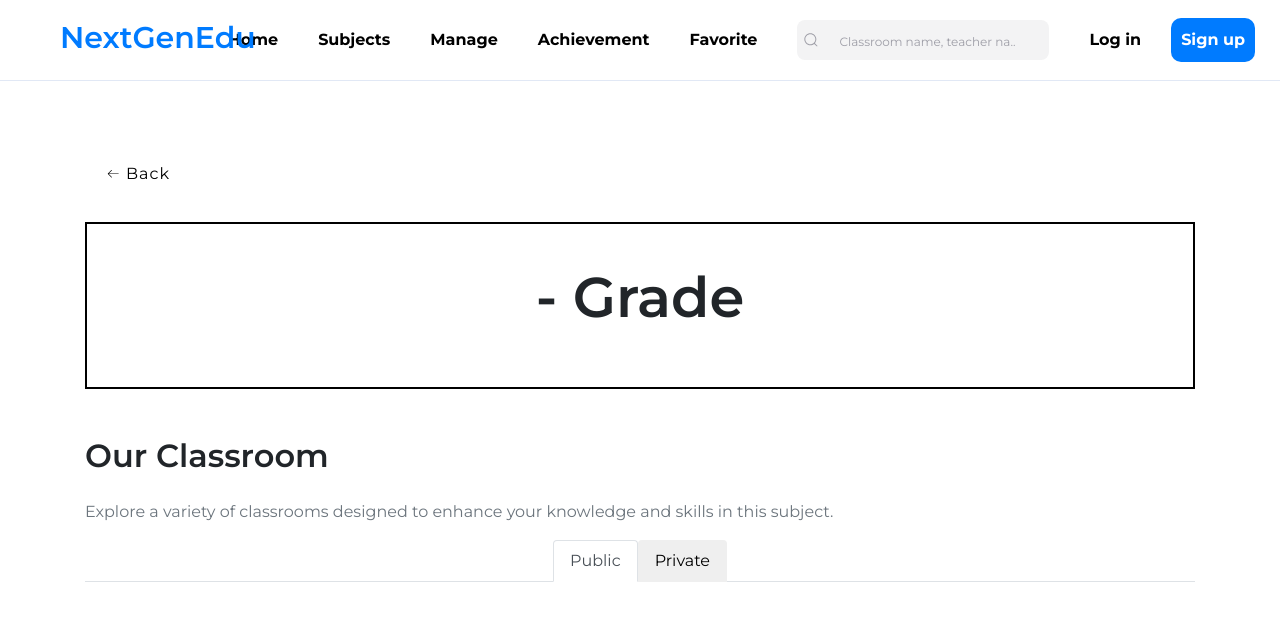
Repository: khoilvgcc210040/nextgenedu
Page: templates/classrooms.html
The author's editor kept a copy of each file at every save. The page is drawn from the files as they stood at one save, then again after the next save.
The browser window is 1280 px wide. The pictures show the whole page.
The page is served by the project's application, run on Django 5.2 (manage.py). Other server files are loaded and not shown. The template is opened directly, without the code that normally fills it, so the values that code supplies are empty.

Above is the page before, as saved 2024-08-11 21:56:17.

### home/templatetags/filters.py
from django import template

register = template.Library()

@register.filter(name='range')
def filter_range(start, end):
    return range(start, end)

### templates/classrooms.html
<!DOCTYPE html>
<html lang="en">
<head>
    <meta charset="UTF-8">
    <meta name="viewport" content="width=device-width, initial-scale=1.0">
    <title>Classrooms - {{ subject.name }} - Grade {{ grade }}</title>
    <link rel="stylesheet" href="https://cdnjs.cloudflare.com/ajax/libs/font-awesome/6.0.0-beta3/css/all.min.css">
    <link href="https://stackpath.bootstrapcdn.com/bootstrap/4.5.2/css/bootstrap.min.css" rel="stylesheet">

</head>
<style>
    .btn-back {
        display: flex;
        height: 3em;
        width: 100px;
        align-items: center;
        justify-content: center;
        background-color: #eeeeee4b;
        border-radius: 3px;
        letter-spacing: 1px;
        transition: all 0.2s linear;
        cursor: pointer;
        border: none;
        background: #fff;
    }

    .btn-back > svg {
        margin-right: 5px;
        margin-left: 5px;
        font-size: 20px;
        transition: all 0.4s ease-in;
    }

    .btn-back:hover > svg {
        font-size: 1.2em;
        transform: translateX(-5px);
    }

    .btn-back:hover {
        box-shadow: 9px 9px 33px #d1d1d1, -9px -9px 33px #ffffff;
        transform: translateY(-2px);
    }

    .card-text {
        display: -webkit-box;
        -webkit-line-clamp: 1;
        -webkit-box-orient: vertical;
        overflow: hidden;
        text-overflow: ellipsis;
    }

    header {
        border: 2px solid #000;
        padding: 40px;
    }
</style>
<body>
    {% include "header.html" %}
    <div class="container" style="margin-top: 150px;">
        <div class="mb-4">
            <button class="btn-back" onclick="window.location.href='{% url 'subjects' %}'">
                <svg height="16" width="16" xmlns="http://www.w3.org/2000/svg" version="1.1" viewBox="0 0 1024 1024"><path d="M874.690416 495.52477c0 11.2973-9.168824 20.466124-20.466124 20.466124l-604.773963 0 188.083679 188.083679c7.992021 7.992021 7.992021 20.947078 0 28.939099-4.001127 3.990894-9.240455 5.996574-14.46955 5.996574-5.239328 0-10.478655-1.995447-14.479783-5.996574l-223.00912-223.00912c-3.837398-3.837398-5.996574-9.046027-5.996574-14.46955 0-5.433756 2.159176-10.632151 5.996574-14.46955l223.019353-223.029586c7.992021-7.992021 20.957311-7.992021 28.949332 0 7.992021 8.002254 7.992021 20.957311 0 28.949332l-188.073446 188.073446 604.753497 0C865.521592 475.058646 874.690416 484.217237 874.690416 495.52477z"></path></svg>
                <span>Back</span>
            </button>
        </div>
        <header class="text-center mb-5">
            <h1 class="display-4" style="font-weight: 600;">{{ subject.name }} - Grade {{ subject.grade }}</h1>
            <p class="lead text-muted">{{ subject.description }}</p>
        </header>

        <section>
            <h2 class="mb-4" style="font-weight: 600;">Our Classroom</h2>
            <p class="text-muted">Explore a variety of classrooms designed to enhance your knowledge and skills in this subject.</p>

            <!-- Bootstrap Nav Tabs -->
            <ul class="nav nav-tabs justify-content-center mb-4" id="classroomTab" role="tablist">
                <li class="nav-item" role="presentation">
                    <button class="nav-link {% if status == None or status == '0' %}active{% endif %}" id="public-tab" data-bs-toggle="tab" data-bs-target="#public-tab-pane" type="button" role="tab" aria-controls="public-tab-pane" aria-selected="true">Public</button>
                </li>
                <li class="nav-item" role="presentation">
                    <button class="nav-link {% if status == '1' %}active{% endif %}" id="private-tab" data-bs-toggle="tab" data-bs-target="#private-tab-pane" type="button" role="tab" aria-controls="private-tab-pane" aria-selected="false">Private</button>
                </li>
            </ul>

            <!-- Tab Content -->
            <div class="tab-content" id="classroomTabContent">
                <!-- Public Classrooms -->
                <div class="tab-pane fade {% if status == None or status == '0' %}show active{% endif %}" id="public-tab-pane" role="tabpanel" aria-labelledby="public-tab" tabindex="0">
                    <ul class="list-unstyled">
                        {% for classroom in classrooms %}
                            {% if not classroom.status %}
                                <li class="card mb-4">
                                    <div class="card-body d-flex justify-content-between">
                                        <div class="classroom-info">
                                            <div class="d-flex jutify-content-center align-items-center">
                                                <h4>🌐 &nbsp;</h4>
                                                <h3 class="card-title" style="text-decoration: underline;">{{ classroom.name }}</h3>
                                            </div>
                                            <p class="card-text">&nbsp;📝{{ classroom.description }}</p>
                                            <div class="classroom-meta d-flex text-muted">
                                                <div>
                                                    <span class="me-3 mr-3"><i class="fas fa-user"></i> Username</span>
                                                    <span class="me-3 mr-3"><i class="fas fa-school"></i> Name of school</span>
                                                    <span class="me-3 mr-3"><i class="fas fa-book"></i> {{ subject.name }}</span>
                                                    <span><i class="fas fa-calendar-alt"></i> Academic year</span>
                                                </div>
                                                <div class="text-end">
                                                    <span class="d-block mb-2 text-muted">Number of participants</span>
                                                    <button class="btn btn-primary"><i class="fas fa-thumbs-up"></i> Like</button>
                                                </div>
                                            </div>
                                        </div>
                                    </div>
                                </li>
                            {% endif %}
                        {% endfor %}
                    </ul>
                </div>

                <!-- Private Classrooms -->
                <div class="tab-pane fade {% if status == '1' %}show active{% endif %}" id="private-tab-pane" role="tabpanel" aria-labelledby="private-tab" tabindex="0">
                    <ul class="list-unstyled">
                        {% for classroom in classrooms %}
                            {% if classroom.status %}
                                <li class="card mb-4">
                                    <div class="card-body d-flex justify-content-between">
                                        <div class="classroom-info">
                                            <h3 class="card-title">{{ classroom.name }}</h3>
                                            <p class="card-text">{{ classroom.description }}</p>
                                            <div class="classroom-meta d-flex text-muted">
                                                <span class="me-3"><i class="fas fa-user"></i> Username</span>
                                                <span class="me-3"><i class="fas fa-school"></i> Name of school</span>
                                                <span class="me-3"><i class="fas fa-book"></i> {{ subject.name }}</span>
                                                <span><i class="fas fa-calendar-alt"></i> Academic year</span>
                                            </div>
                                        </div>
                                        <div class="text-end">
                                            <span class="d-block mb-2 text-muted">Number of participants</span>
                                            <button class="btn btn-primary" data-bs-toggle="modal" data-bs-target="#passwordModal" data-classroom-id="{{ classroom.id }}">Enter Password</button>
                                        </div>
                                    </div>
                                </li>
                            {% endif %}
                        {% endfor %}
                    </ul>
                </div>
            </div>
        </section>
    </div>

    <!-- Password Modal -->
    <div class="modal fade" id="passwordModal" tabindex="-1" aria-labelledby="passwordModalLabel" aria-hidden="true">
        <div class="modal-dialog">
            <div class="modal-content">
                <form method="post" action="{% url 'enter_password' 0 %}" id="passwordForm">
                    {% csrf_token %}
                    <div class="modal-header">
                        <h5 class="modal-title" id="passwordModalLabel">Enter Password</h5>
                        <button type="button" class="btn-close" data-bs-dismiss="modal" aria-label="Close"></button>
                    </div>
                    <div class="modal-body">
                        <input type="password" class="form-control" name="password" placeholder="Enter Password" required>
                    </div>
                    <div class="modal-footer">
                        <button type="button" class="btn btn-secondary" data-bs-dismiss="modal">Close</button>
                        <button type="submit" class="btn btn-primary">Submit</button>
                    </div>
                </form>
            </div>
        </div>
    </div>
</body>
</html>
<script src="https://cdn.jsdelivr.net/npm/bootstrap@5.3.0-alpha1/dist/js/bootstrap.bundle.min.js"></script>
<script>
    var passwordModal = document.getElementById('passwordModal');
    passwordModal.addEventListener('show.bs.modal', function (event) {
        var button = event.relatedTarget; // Button that triggered the modal
        var classroomId = button.getAttribute('data-classroom-id'); // Extract info from data-* attributes

        var form = document.getElementById('passwordForm');
        form.action = form.action.replace('/0/', '/' + classroomId + '/');
    });
</script>

### templates/header.html
{% load static %}
<!DOCTYPE html>
<html lang="en">
<head>
    <meta charset="UTF-8">
    <meta name="viewport" content="width=device-width, initial-scale=1.0">
</head>
<style>
    @import url('https://fonts.googleapis.com/css2?family=Montserrat:ital,wght@0,100..900;1,100..900&family=Roboto:ital,wght@0,100;0,300;0,400;0,500;0,700;0,900;1,100;1,300;1,400;1,500;1,700;1,900&display=swap');
    body, html {
        margin: 0;
        padding: 0;
        height: 100%;
        font-family: "Montserrat", sans-serif;
        overflow: hidden;
        overflow-y: auto;
    }

    .navbar .container {
        max-width: 1330px;
    }

    .navbar .navbar-nav .nav-link {
        border-radius: 10px;;
        margin: 10px;
        padding: 10px;
        color: #000;
        font-weight: 700;
        transition: all ease-in-out 0.3s;
    }

    .navbar .navbar-nav .nav-link:hover {
        transform: translateY(-3px);
    }


    .navbar {
        position: fixed;
        top: 0;
        left: 0;
        right: 0;
        background: #ffffff;
        border-bottom: 1px solid rgba(169, 190, 226, 0.35);
        z-index: 9;
        display: flex;
        justify-content: space-around;
        align-items: center;
        padding: 0;
    }

    .navbar .dropdown-menu {
        background: #ffffff;
        box-shadow: 0 1rem 3rem rgba(0, 0, 0, 0.175);
        border: 0;
        display: block;
        opacity: 0;
        min-width: 9rem;
        margin-top: 20px;
        padding: 13px 0 10px 0;
        transition: all 0.3s;
        pointer-events: none;
    }

    .navbar .dropdown-menu::before {
        content: "";
        width: 0;
        height: 0;
        border-left: 20px solid transparent;
        border-right: 20px solid transparent;
        border-bottom: 15px solid #ffffff;
        position: absolute;
        top: -10px;
        left: 10px;
    }

    .navbar .dropdown-item {
        display: inline-block;
        color: #000;
        font-family: "Montserrat", sans-serif;
        font-size: 14px;
        font-weight: 500;
        text-transform: uppercase;
        letter-spacing: 0.5px;
        position: relative;
    }

    .navbar .dropdown-item.active,
    .navbar .dropdown-item:active,
    .navbar .dropdown-item:focus,
    .navbar .dropdown-item:hover {
        background: transparent;
        color: #13547a;
    }

    .navbar .nav-item{
        display: flex;
        align-items: center;
    }

    .navbar .nav-item{
        color: blue;
    }

    @media screen and (min-width: 992px) {
        .navbar .dropdown:hover .dropdown-menu {
            opacity: 1;
            margin-top: 0;
            pointer-events: auto;
        }
    }

    .navbar .group {
        display: flex;
        line-height: 28px;
        align-items: center;
        position: relative;
        max-width: 280px;
    }

    .navbar .input {
        width: 100%;
        height: 40px;
        line-height: 28px;
        padding: 0 1rem;
        padding-left: 2.5rem;
        border: 2px solid transparent;
        border-radius: 8px;
        outline: none;
        background-color: #f3f3f4;
        color: #0d0c22;
        transition: .3s ease;
    }

    .navbar .input::placeholder {
        color: #9e9ea7;
        font-size: 12px;
    }

    .navbar .input:focus, input:hover {
        outline: none;
        border-color: rgba(234,76,137,0.4);
        background-color: #fff;
        box-shadow: 0 0 0 4px rgb(234 76 137 / 10%);
    }

    .navbar .icon {
        position: absolute;
        left: 1rem;
        fill: #9e9ea7;
        width: 1rem;
        height: 1rem;
    }

    .navbar .navbar-brand{
        color: #000;
        font-size: 30px;
        margin-bottom: 5px;
        font-weight: 600;
        position: absolute;
        left: 2em;
        transition: all ease-in-out 0.3s;
    }

    .navbar .navbar-brand:hover{
        color: #000;
        transform: translateY(-3px);
    }

    .navbar .collapse{
        display: flex;
        justify-content: flex-end;
    }

    .navbar img {
        height: 40px;
        width: auto;
        vertical-align: middle;
    }

    .btn-login:hover {
        background-color: #e2e8f0;
    }
</style>
<body>
    <nav class="navbar navbar-expand-lg">
        <div class="container">
            <a class="navbar-brand" href="{% url "home" %}">
                {% comment %} <svg xmlns="http://www.w3.org/2000/svg" width="30" height="30" fill="currentColor" class="bi bi-backpack3 text-primary" viewBox="0 0 16 20">
                    <path d="M4.04 7.43a4 4 0 0 1 7.92 0 .5.5 0 1 1-.99.14 3 3 0 0 0-5.94 0 .5.5 0 1 1-.99-.14M4 9.5a.5.5 0 0 1 .5-.5h7a.5.5 0 0 1 .5.5v4a.5.5 0 0 1-.5.5h-7a.5.5 0 0 1-.5-.5zm1 .5v3h6v-3h-1v.5a.5.5 0 0 1-1 0V10z"/>
                    <path d="M6 2.341V2a2 2 0 1 1 4 0v.341c.465.165.904.385 1.308.653l.416-1.247a1 1 0 0 1 1.748-.284l.77 1.027a1 1 0 0 1 .15.917l-.803 2.407C13.854 6.49 14 7.229 14 8v5.5a2.5 2.5 0 0 1-2.5 2.5h-7A2.5 2.5 0 0 1 2 13.5V8c0-.771.146-1.509.41-2.186l-.802-2.407a1 1 0 0 1 .15-.917l.77-1.027a1 1 0 0 1 1.748.284l.416 1.247A6 6 0 0 1 6 2.34ZM7 2v.083a6 6 0 0 1 2 0V2a1 1 0 1 0-2 0m5.941 2.595.502-1.505-.77-1.027-.532 1.595q.447.427.8.937M3.86 3.658l-.532-1.595-.77 1.027.502 1.505q.352-.51.8-.937M8 3a5 5 0 0 0-5 5v5.5A1.5 1.5 0 0 0 4.5 15h7a1.5 1.5 0 0 0 1.5-1.5V8a5 5 0 0 0-5-5"/>
                </svg> {% endcomment %}
                <span class="text-primary">NextGenEdu</span>
            </a>

            <div class="collapse navbar-collapse" id="navbarNav">
                <ul class="navbar-nav ms-lg-5 me-lg-auto">
                    <li class="nav-item">
                        <a class="nav-link click-scroll" href="{% url "home" %}">Home</a>
                    </li>

                    <li class="nav-item">
                        <a class="nav-link click-scroll" href="{% url "subjects" %}">Subjects</a>
                    </li>

                    <li class="nav-item">
                        <a class="nav-link click-scroll" href="index.html#section_3">Manage</a>
                    </li>

                    <li class="nav-item">
                        <a class="nav-link click-scroll" href="index.html#section_4">Achievement</a>
                    </li>

                    <li class="nav-item">
                        <a class="nav-link click-scroll" href="index.html#section_5">Favorite</a>
                    </li>

                    <li>
                        <div class="group nav-link click-scrol">
                        <svg class="icon" aria-hidden="true" viewBox="0 0 24 24"><g><path d="M21.53 20.47l-3.66-3.66C19.195 15.24 20 13.214 20 11c0-4.97-4.03-9-9-9s-9 4.03-9 9 4.03 9 9 9c2.215 0 4.24-.804 5.808-2.13l3.66 3.66c.147.146.34.22.53.22s.385-.073.53-.22c.295-.293.295-.767.002-1.06zM3.5 11c0-4.135 3.365-7.5 7.5-7.5s7.5 3.365 7.5 7.5-3.365 7.5-7.5 7.5-7.5-3.365-7.5-7.5z"></path></g></svg>
                        <input placeholder="Classroom name, teacher na..." type="search" class="input">
                        </div>
                    </li>
                    {% if user.is_authenticated %}
                    <li class="nav-item dropdown">
                        <a class="nav-link" href="#section_5" id="navbarLightDropdownMenuLink" role="button" data-bs-toggle="dropdown" aria-expanded="false">✙ Create</a>

                        <ul class="dropdown-menu dropdown-menu-light" aria-labelledby="navbarLightDropdownMenuLink">
                            <li><a class="dropdown-item" href="topics-listing.html">Topics Listing</a></li>

                            <li><a class="dropdown-item active" href="contact.html">Contact Form</a></li>
                        </ul>
                    </li>

                    <li class="nav-item dropdown">
                        <a class="nav-link" href="#section_5" id="navbarLightDropdownMenuLink" role="button" data-bs-toggle="dropdown" aria-expanded="false"><img src="{% static "user.png" %}" alt=""></a>

                        <ul class="dropdown-menu dropdown-menu-light" aria-labelledby="navbarLightDropdownMenuLink">
                            <li><a class="dropdown-item" href="topics-listing.html">Setting</a></li>

                            <li><a class="dropdown-item active" href="{% url "logout" %}">Logout</a></li>
                        </ul>
                    </li>
                    {% else %}
                    <li class="nav-item">
                        <a class="btn-login nav-link click-scroll " href="{% url "auth" %}?form=login">Log in</a>
                    </li>
                    <li class="nav-item">
                        <a class="nav-link click-scroll bg-primary text-white" href="{% url "auth" %}?form=signup">Sign up</a>
                    </li>
                    {% endif %}
                </ul>
            </div>
        </div>
    </nav>
</body>
</html>

### home/urls.py
from django.urls import include, path
from . import views

urlpatterns = [
    path('', views.home, name='home'),
    path('auth/', views.authPage, name='auth'),
    path('logout/', views.logoutPage, name='logout'),
    path('subjects/', views.subjects, name='subjects'),
    path('subjects/<int:subject_id>/grade/<int:grade>/classrooms/', views.classrooms, name='classrooms'),
    path('classrooms/<int:classroom_id>/enter-password/', views.enter_password, name='enter_password'),
    path('forgot-password/', views.forgot_password, name='forgot_password'),
    path('reset-password/<uidb64>/<token>/', views.reset_password, name='reset_password'),
]

Loaded but not shown: nextgenedu/urls.py (common file)

After the next save:
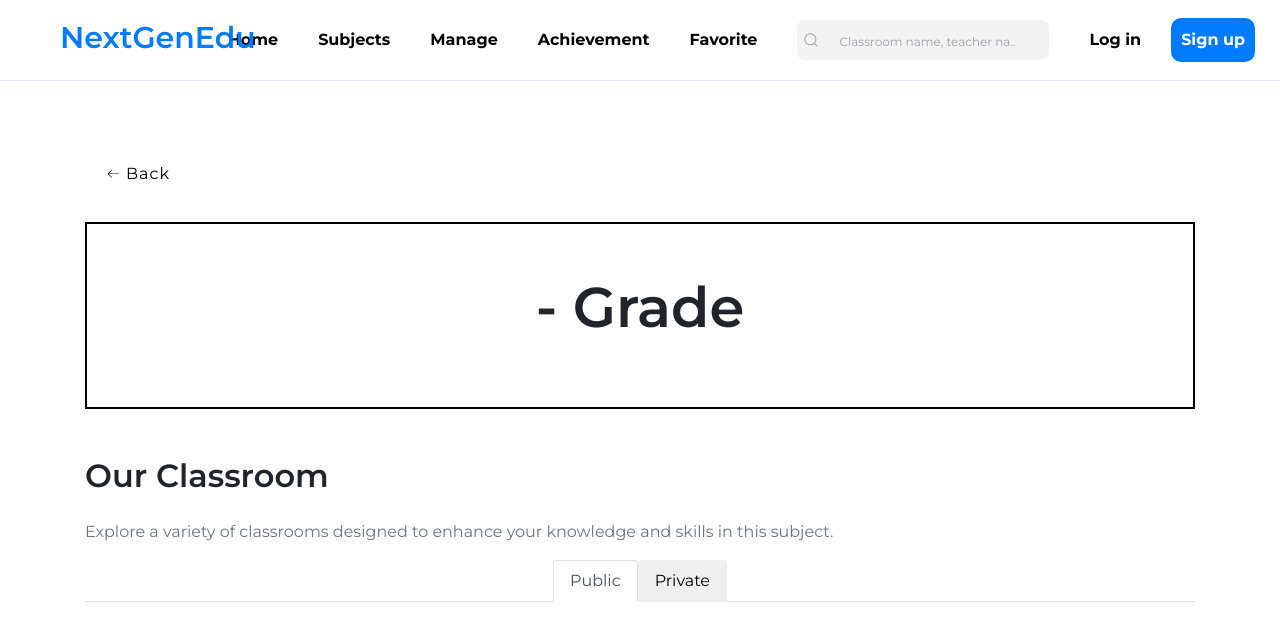
Saved 25 s later.
--- a/templates/classrooms.html
+++ b/templates/classrooms.html
@@ -51,7 +51,7 @@
 
     header {
         border: 2px solid #000;
-        padding: 40px;
+        padding: 50px;
     }
 </style>
 <body>
